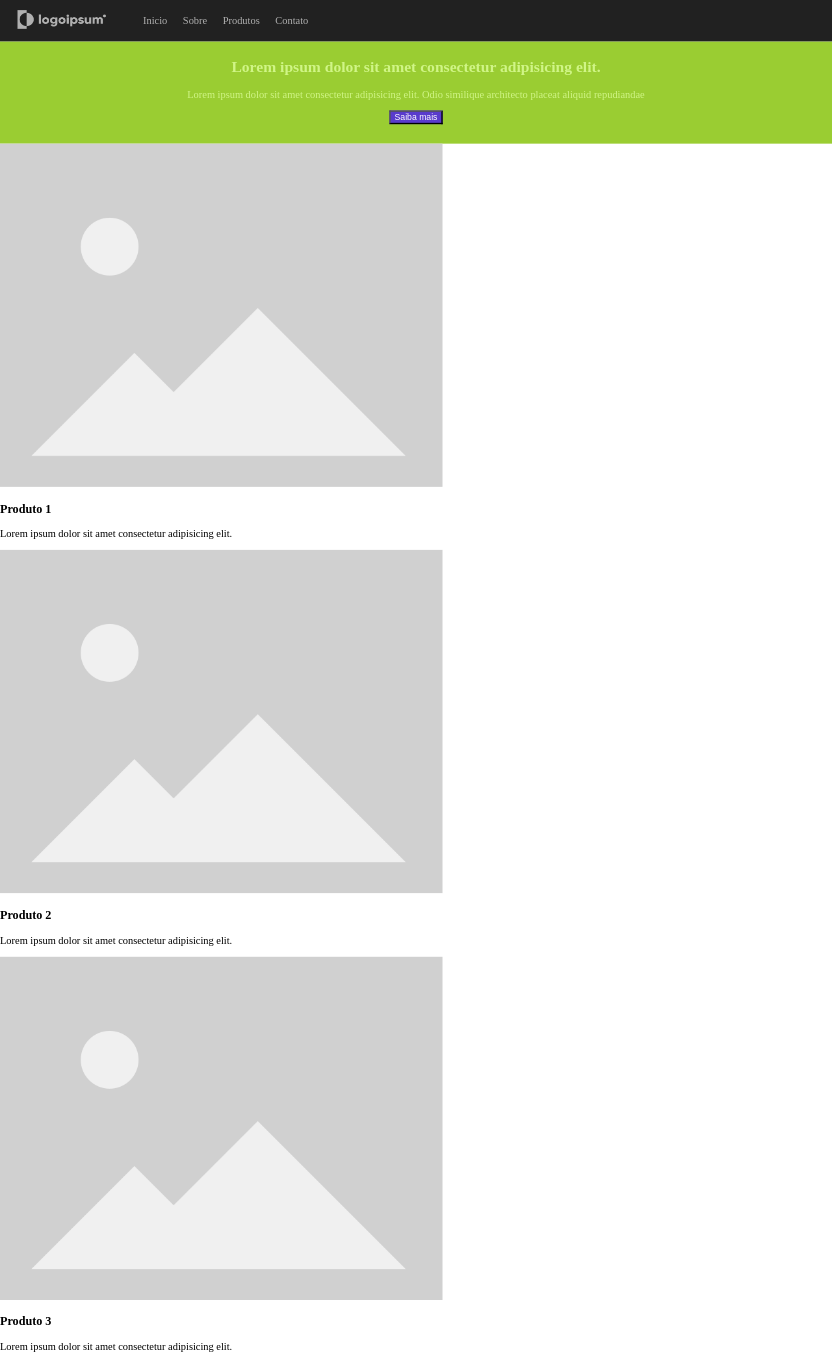
Repository: Carolden/SiteCrie_Ti
Page: index.html
The author's editor kept a copy of each file at every save. The page is drawn from the files as they stood at one save, then again after the next save.
The browser window is 1280 px wide. The pictures show the whole page, at 65% of full size.

Above is the page before, as saved 2023-04-23 20:36:44.

After the next save:
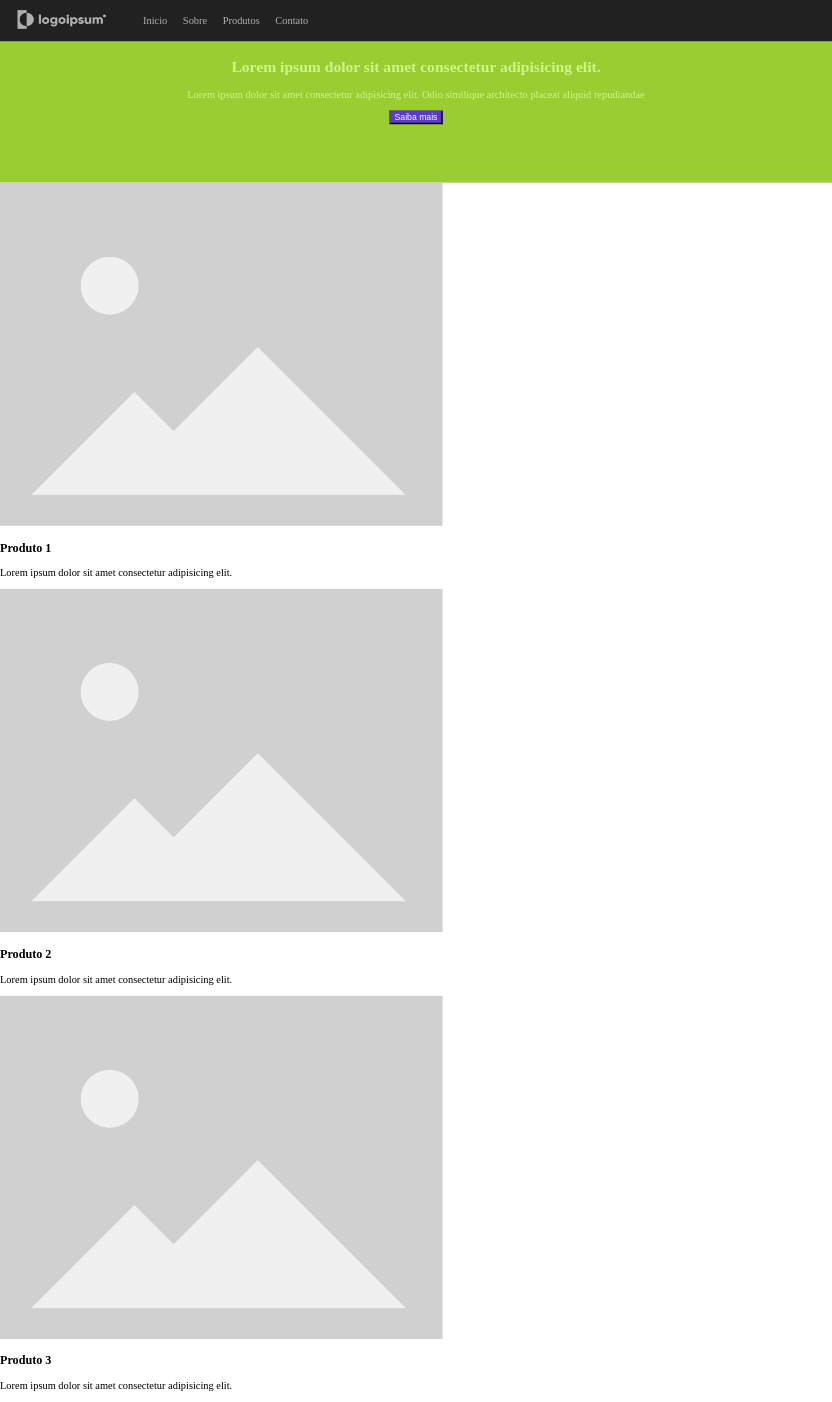
Saved 10 s later.
--- a/index.css
+++ b/index.css
@@ -34,7 +34,7 @@ header nav a {
     color: #d0f587;
     text-align: center;
     padding-top: 5px;
-    padding-bottom: 30px;
+    padding-bottom: 90px;
 
 }
 
